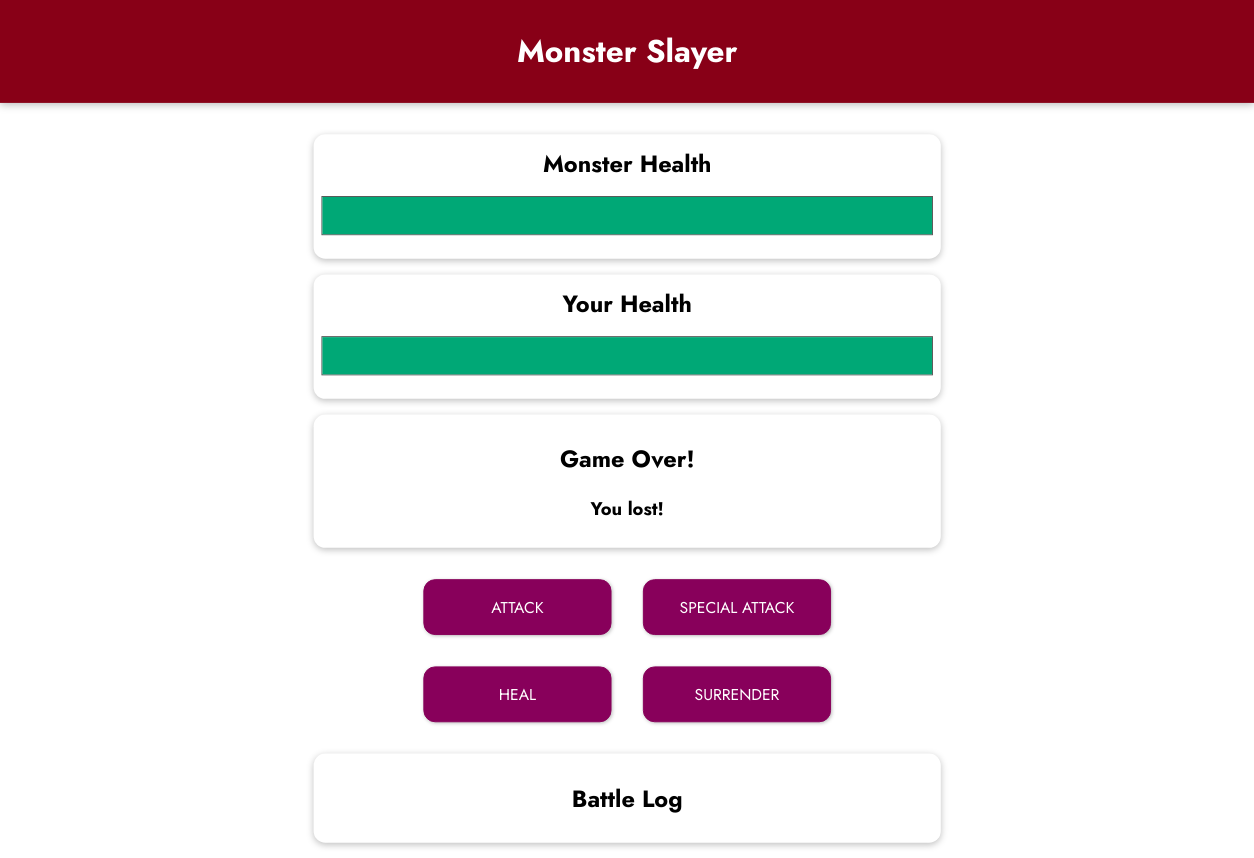
Repository: KayahanKahriman/vue-monster-game
Page: index.html
These files come from the project's save history. The page is drawn as it stood at one moment and after the next save; the edit follows.
The browser window is 1280 px wide. The pictures show the whole page, at 98% of full size.

Above is the page before, as saved 2022-02-14 13:42:14.

### index.html
<!DOCTYPE html>
<html lang="en">

<head>
  <meta charset="UTF-8" />
  <meta name="viewport" content="width=device-width, initial-scale=1.0" />
  <title>Vue Basics</title>
  <link href="https://fonts.googleapis.com/css2?family=Jost:wght@400;700&display=swap" rel="stylesheet" />
  <link rel="stylesheet" href="styles.css" />
  <script src="https://unpkg.com/vue@next" defer></script>
  <script src="app.js" defer></script>
</head>

<body>
  <header>
    <h1>Monster Slayer</h1>
  </header>
  <div id="game">
    <section id="monster" class="container">
      <h2>Monster Health</h2>
      <div class="healthbar">
        <div class="healthbar__value" :style="monsterBarStyles"></div>
      </div>
    </section>
    <section id="player" class="container">
      <h2>Your Health</h2>
      <div class="healthbar">
        <div class="healthbar__value" :style="playerBarStyles"></div>
      </div>
    </section>
    <section class="container">
      <h2>Game Over!</h2>
      <h3>You lost!</h3>
    </section>
    <section id="controls">
      <button @click="attackMonster">ATTACK</button>
      <button :disabled="mayUseSpecialAttack" @click="specialAttackMonster">SPECIAL ATTACK</button>
      <button @click="healPlayer">HEAL</button>
      <button>SURRENDER</button>
    </section>
    <section id="log" class="container">
      <h2>Battle Log</h2>
      <ul></ul>
    </section>
  </div>
</body>

</html>

### styles.css
* {
  box-sizing: border-box;
}

html {
  font-family: 'Jost', sans-serif;
}

body {
  margin: 0;
}

header {
  box-shadow: 0 2px 8px rgba(0, 0, 0, 0.26);
  padding: 0.5rem;
  background-color: #880017;
  color: white;
  text-align: center;
  margin-bottom: 2rem;
}

section {
  width: 90%;
  max-width: 40rem;
  margin: auto;
}

.healthbar {
  width: 100%;
  height: 40px;
  border: 1px solid #575757;
  margin: 1rem 0;
  background: #fde5e5;
}

.healthbar__value {
  background-color: #00a876;
  width: 100%;
  height: 100%;
}

.container {
  text-align: center;
  padding: 0.5rem;
  margin: 1rem auto;
  box-shadow: 0 2px 8px rgba(0, 0, 0, 0.26);
  border-radius: 12px;
}

#monster h2,
#player h2 {
  margin: 0.25rem;
}

#controls {
  display: flex;
  flex-direction: row;
  flex-wrap: wrap;
  align-items: center;
  justify-content: center;
}

button {
  font: inherit;
  border: 1px solid #88005b;
  background-color: #88005b;
  color: white;
  padding: 1rem 2rem;
  border-radius: 12px;
  margin: 1rem;
  width: 12rem;
  cursor: pointer;
  box-shadow: 1px 1px 4px rgba(0, 0, 0, 0.26);
}

button:focus {
  outline: none;
}

button:hover,
button:active {
  background-color: #af0a78;
  border-color: #af0a78;
  box-shadow: 1px 1px 8px rgba(0, 0, 0, 0.26);
}

button:disabled {
  background-color: #ccc;
  border-color: #ccc;
  box-shadow: none;
  color: #3f3f3f;
  cursor: not-allowed;
}

#log ul {
  list-style: none;
  margin: 0;
  padding: 0;
}

#log li {
  margin: 0.5rem 0;
}

.log--player {
  color: #7700ff;
}

.log--monster {
  color: #da8d00;
}

.log--damage {
  color: red;
}

.log--heal {
  color: green;
}

### app.js
function getRandomValue(min, max) {
  return Math.floor(Math.random() * (max - min)) + min;
}

let currentRound = 0;

const app = Vue.createApp({
  data() {
    return {
      playerHealth: 100,
      monsterHealth: 100,
      currentRound: 0,
    };
  },
  computed: {
    monsterBarStyles() {
      return { width: this.monsterHealth + "%" };
    },
    playerBarStyles() {
      return { width: this.playerHealth + "%" };
    },
    mayUseSpecialAttack() {
      return this.currentRound % 3 !== 0;
    },
  },
  watch: {
    playerHealth(value) {
      if (value <= 0 && this.monsterHealth <= 0) {
        // a draw
      } else if (value <= 0) {
        // player lost
      }
    },
    monsterHealth(value) {
      if (value <= 0 && this.playerHealth <= 0) {
        // a draw
      } else if (value <= 0) {
        // player lost
      }
    },
  },
  methods: {
    attackMonster() {
      const attackValue = getRandomValue(5, 12);
      this.monsterHealth -= attackValue;
      this.attackPlayer();
    },
    attackPlayer() {
      this.currentRound++;
      const attackValue = getRandomValue(8, 15);
      this.playerHealth -= attackValue;
    },
    specialAttackMonster() {
      this.currentRound++;
      const attackValue = getRandomValue(10, 25);
      this.monsterHealth -= attackValue;
      this.attackPlayer();
    },
    healPlayer() {
      this.currentRound++;
      const healValue = getRandomValue(8, 20);
      if (this.playerHealth + healValue > 100) {
        this.playerHealth = 100;
      } else {
        this.playerHealth += healValue;
      }
      this.attackPlayer();
    },
  },
});

app.mount("#game");

After the next save:
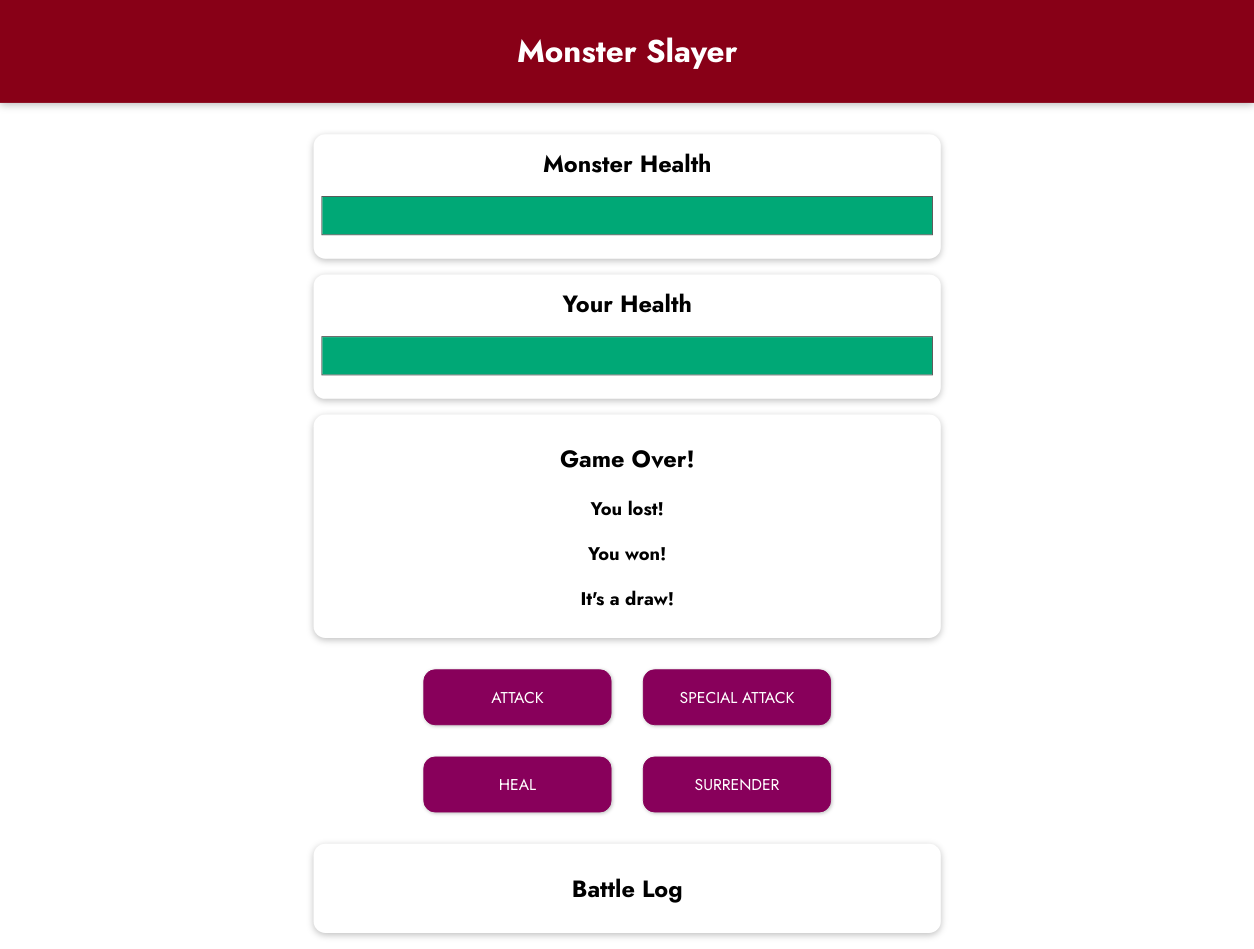
Saved 17 s later.
--- a/index.html
+++ b/index.html
@@ -31,6 +31,8 @@
     <section class="container">
       <h2>Game Over!</h2>
       <h3>You lost!</h3>
+      <h3>You won!</h3>
+      <h3>It's a draw!</h3>
     </section>
     <section id="controls">
       <button @click="attackMonster">ATTACK</button>
